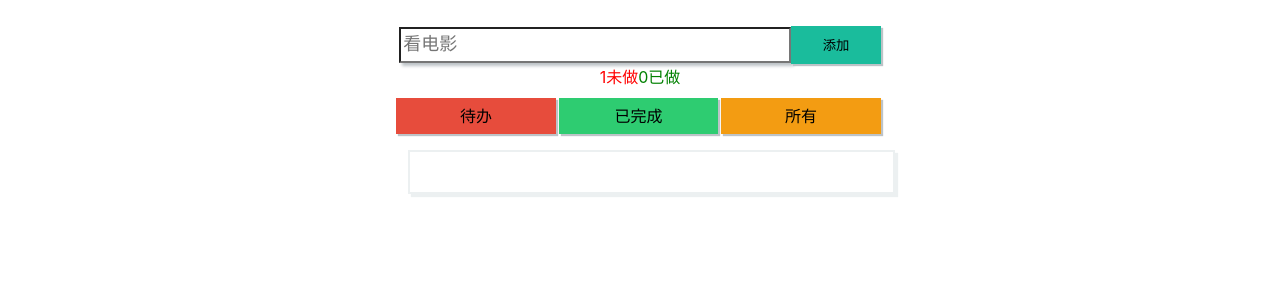
Repository: yurensmile/todolist
Page: /, after clicking the first element matching `button`
The author's editor kept a copy of each file at every save. The page is drawn from the files as they stood at one save, then again after the next save.
The browser window is 1280 px wide. The pictures show the whole page.
The project was rebuilt for these pictures with package versions that can differ from the ones it lists, and the page was loaded fresh each time. Also part of the build but not shown: src/All.js, src/HaveDone.js.

Above is the page before, as saved 2019-03-22 08:56:01.

After the next save:
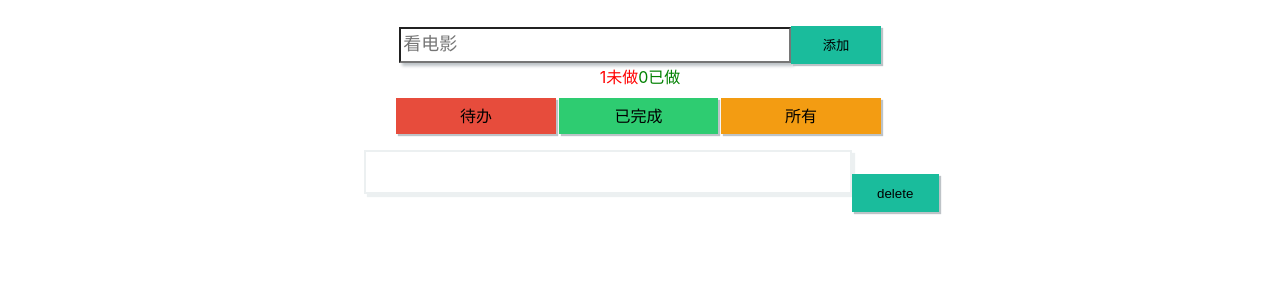
Saved 50 s later.
--- a/src/Later.js
+++ b/src/Later.js
@@ -33,6 +33,7 @@ class Later extends Component{
               }>
               <input className="toggle" type="checkbox"/>
               <li class="left" style={{color: "red"}} key={index}>{item}</li>
+              <button>delete</button>
             </div>
           )
         })}
